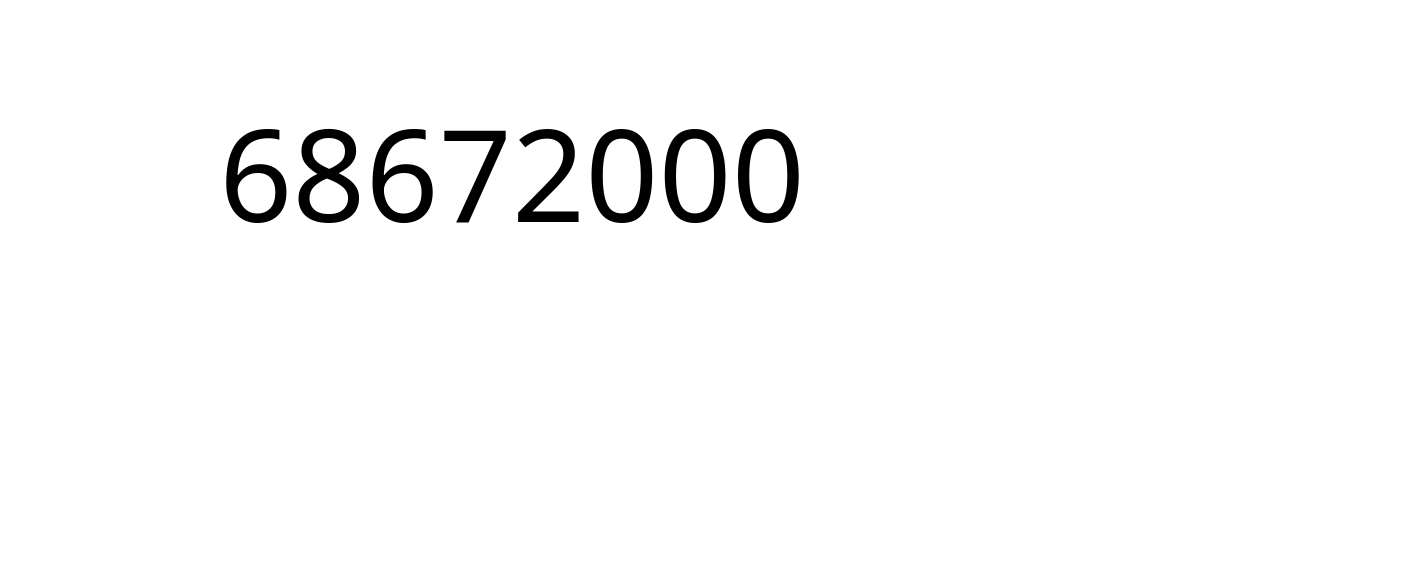
Repository: end888160/end888160.github.io
Page: today_linefont.html
These files come from the project's save history. The page is drawn as it stood at one moment and after the next save; the edit follows.
The browser window is 1280 px wide. The page is 1280 px wide, then 1765 px, so the pictures cover 1765 px, including what lies to the right of the window. The pictures show the whole page, at 80% of full size.
Some web fonts or font styles are not loaded; a fallback is used.

Above is the page before, as saved 2024-09-22 21:48:29.

### today_linefont.html
<!DOCTYPE html>
<html>
<head>
	<link rel="preconnect" href="https://fonts.googleapis.com">
	<link rel="preconnect" href="https://fonts.gstatic.com" crossorigin>
	<link href="https://fonts.googleapis.com/css2?family=Linefont:wdth,wght@200,4..1000&display=swap" rel="stylesheet">
<style>

h1 {
	text-align: center;
	font-size: 1000%;
	font-family: "Linefont", system-ui;
  font-optical-sizing: auto;
  font-weight: 100;
  font-style: normal;
  font-variation-settings:
    "wdth" 200;
}
@media (prefers-color-scheme: light) {
		html {
		background-color: white;
		color: black;
		}
	}
	@media (prefers-color-scheme: dark) {
		html {
		font-family: Arial, Helvetica, sans-serif;
		background-color: black;
		color: white;
		}
	}
</style>
</head>
<body>
<h1 id="time"></h1>
<script>
	function clock() {
	var now = new Date();
	var hours = now.getHours();
	var minutes = now.getMinutes();
	var seconds = now.getSeconds();
	var mseconds = now.getMilliseconds();
	var seconds_a_day = hours * 3600000 + minutes * 6000 + seconds * 1000 + mseconds;
	document.getElementById("time").innerHTML = seconds_a_day;
	setTimeout(clock, 1);
	}
	clock()
</script>
</body>
</html>

After the next save:
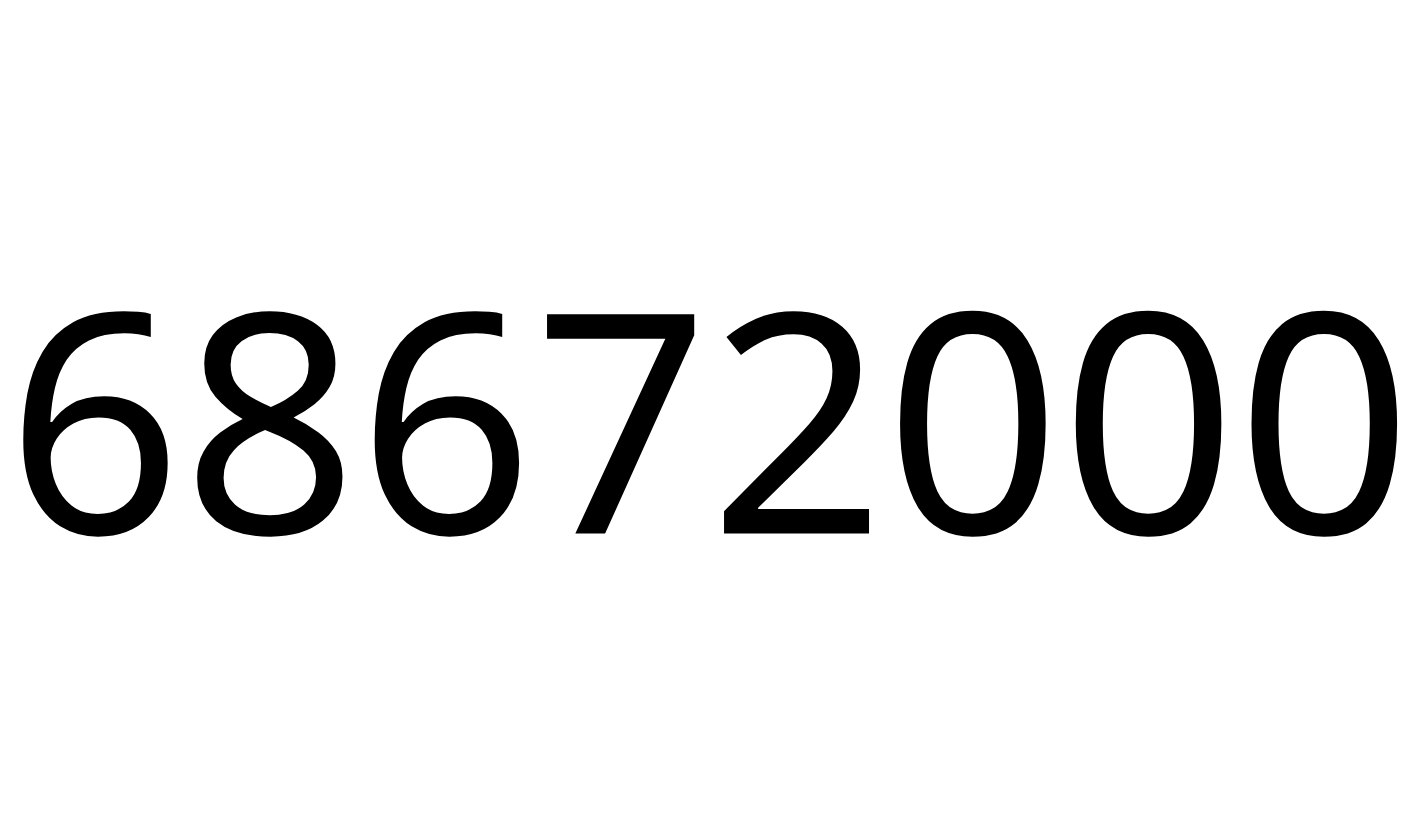
Saved 18 min 12 s later.
--- a/today_linefont.html
+++ b/today_linefont.html
@@ -13,8 +13,8 @@ h1 {
   font-optical-sizing: auto;
   font-weight: 100;
   font-style: normal;
-  font-variation-settings:
-    "wdth" 200;
+  font-variation-settings: "wdth" 200;
+  font-size: 30vw;
 }
 @media (prefers-color-scheme: light) {
 		html {
